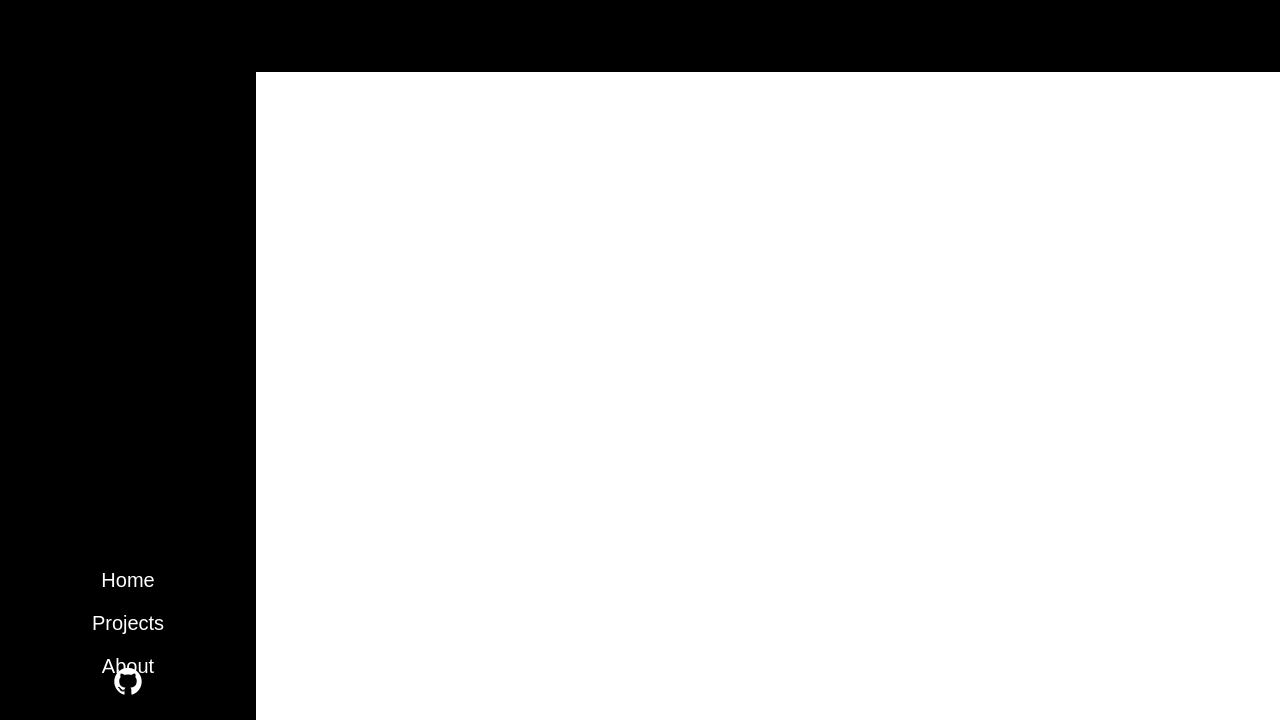
Repository: josephinel6/josephinel6.github.io
Page: index.html
These files come from the project's save history. The page is drawn as it stood at one moment and after the next save; the edit follows.
The browser window is 1280 px wide. The pictures show the whole page.

Above is the page before, as saved 2023-04-04 11:00:25.

### index.html
<!DOCTYPE html>
<html>

<head>
    <style>
        :root.light {
            --color-bg: white;
            --color-menu-text: black;
        }

        :root.dark {
            --color-bg: black;
            --color-menu-text: white;
        }

        /* :root {
            --color-bg: black;
        } */

        html,
        body {
            height: 100%;
            width: 100%;
            margin: 0;
            position: relative;
            /* border-color: blue;
            border-radius: 10px;
            border-style: solid; */
            padding: 0;
        }

        #menu {
            height: 100%;
            width: 20%;
            position: absolute;
            z-index: 1;
            top: 0;
            bottom: 0;
            background-color: var(--color-bg);
        }

        #topbar {
            width: 100%;
            height: 10%;
            background-color: var(--color-bg);
            position: absolute;
        }

        .menutext {
            color: var(--color-menu-text);
            font-family: sans-serif;
            font-size: 20px;
        }

        .fa-github {
            color: var(--color-menu-text);
        }
    </style>
    <link rel="stylesheet" href="https://cdnjs.cloudflare.com/ajax/libs/font-awesome/4.7.0/css/font-awesome.min.css">
    <script type="module" src="https://cdn.jsdelivr.net/gh/zerodevx/zero-md@2/dist/zero-md.min.js"></script>
</head>

<body>
    <div id="menu">
        <div style="position:absolute; bottom:3%; width: 100%; text-align: center;">

            <p class="menutext" style="margin-top: 50%"> Home </p>
            <p class="menutext"> Projects </p>
            <p class="menutext"> About </p>

        </div>

        <div style="position:absolute; bottom:3%; width: 100%; text-align: center;">
            <a href="https://github.com/josephinel6" class="fa fa-github fa-2x" style="text-decoration: none;"></a>
        </div>
    </div>
    <div id="topbar">

    </div>
    <script>
        window.onload = function () {
            document.documentElement.classList.remove("light")
            document.documentElement.classList.add("dark")
            window.localStorage.setItem('mode', 'dark');
            console.log("dark")
        }

        function openpage(pageName, elmnt) {
            var i, tabcontent, tablinks;
            tabcontent = document.getElementsByClassName("tabcontent");
            for (i = 0; i < tabcontent.length; i++) {
                tabcontent[i].style.display = "none";
            }
            tablinks = document.getElementsByClassName("tablink");
            for (i = 0; i < tablinks.length; i++) {
                tablinks[i].style.backgroundColor = "";
            }
            document.getElementById(pageName).style.display = "block";

            document.body.scrollTop = 0;
            document.documentElement.scrollTop = 0;
            console.log("ducks")
        }
    </script>

</body>

</html>

After the next save:
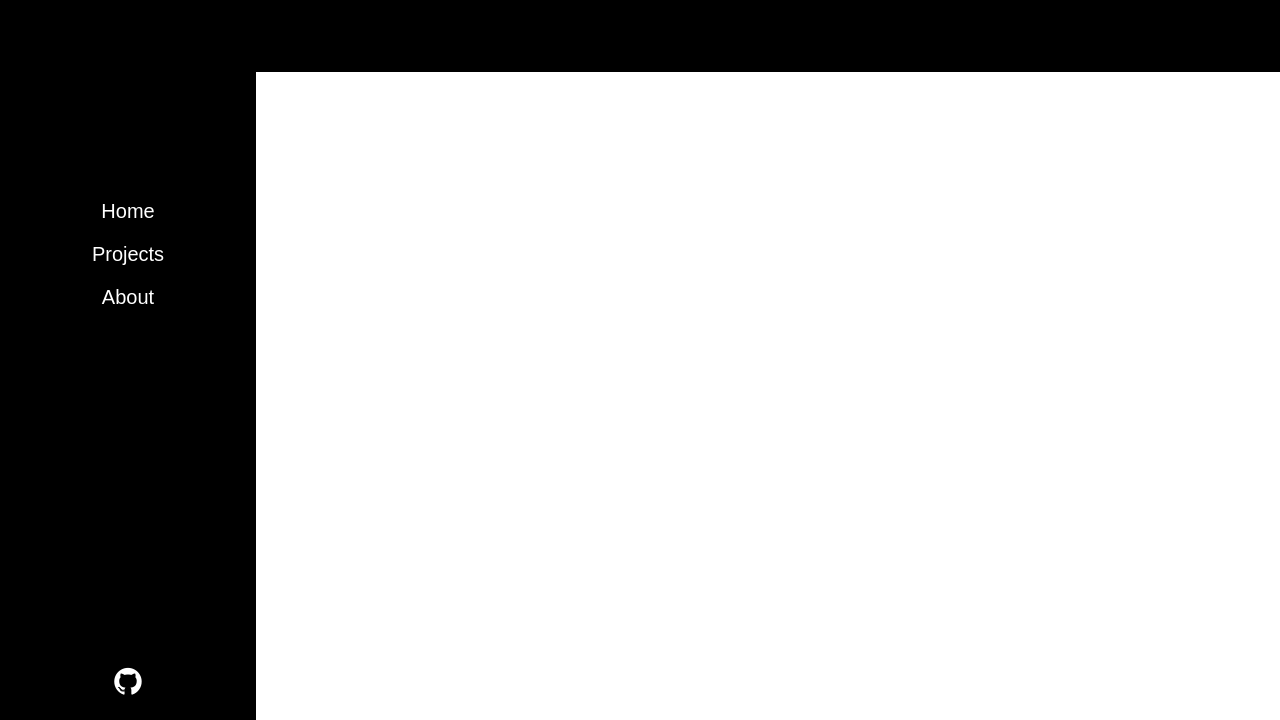
Saved 6 s later.
--- a/index.html
+++ b/index.html
@@ -62,7 +62,7 @@
 
 <body>
     <div id="menu">
-        <div style="position:absolute; bottom:3%; width: 100%; text-align: center;">
+        <div style="position:absolute; top: 10%; width: 100%; text-align: center;">
 
             <p class="menutext" style="margin-top: 50%"> Home </p>
             <p class="menutext"> Projects </p>
